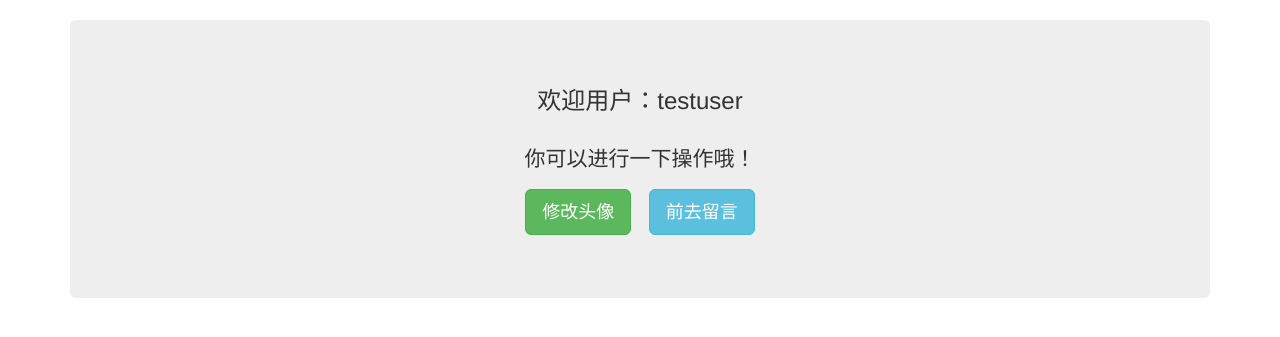
Repository: suxiaohutot/PHP
Page: http://localhost/myzone.php
The author's editor kept a copy of each file at every save. The page is drawn from the files as they stood at one save, then again after the next save.
The browser window is 1280 px wide. The pictures show the whole page.
The page is run by PHP 8.4 with error messages shown; the project is at /var/www/html/. The session is filled in as if someone had signed in: {"username": "testuser", "id": 1}.

Above is the page before, as saved 2019-11-01 08:10:32.

After the next save:
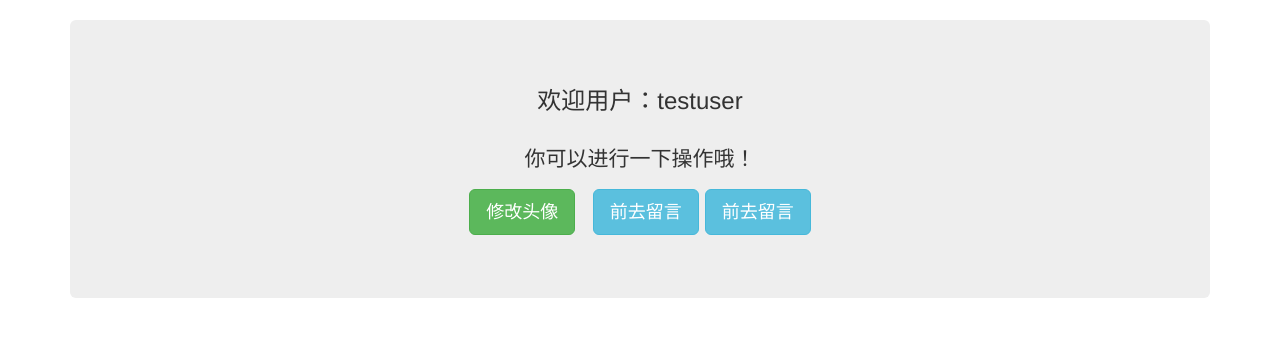
Saved 98 s later.
--- a/test/myzone.php
+++ b/test/myzone.php
@@ -22,6 +22,7 @@
         <p>
         	<a href="./test4/portrait.php" class="btn btn-success btn-lg" role="button">修改头像</a>&nbsp;&nbsp;
         	<a href="liuyanhtml.php" class="btn btn-info btn-lg" role="button">前去留言</a>
+        	<a href=".php" class="btn btn-info btn-lg" role="button">前去留言</a>
       	</p>
    </div>
 </div>
